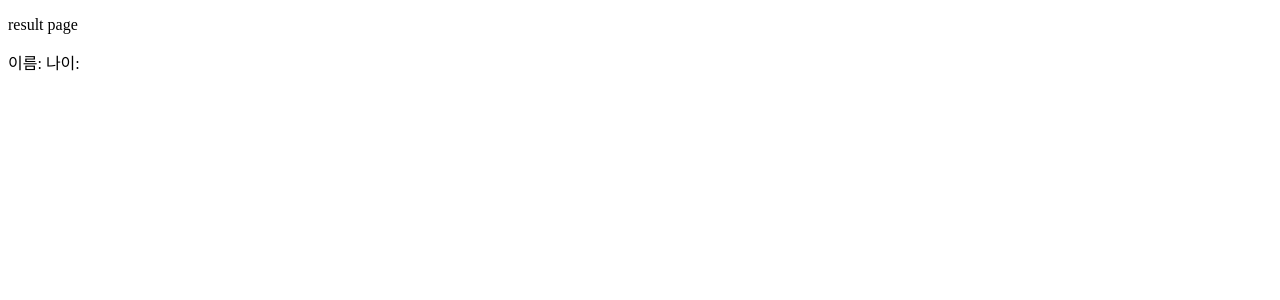
Repository: ghkden55/Green2
Page: http://localhost/test/result.jsp
An editor plug-in stored every save of this project. The page is shown before and after the next save, followed by the edit.
The browser window is 1280 px wide. The pictures show the whole page.
The page is served by Tomcat 9.

Above is the page before, as saved 2024-01-31 05:54:41.
Console error: SyntaxError: Unexpected identifier 'name'

After the next save:
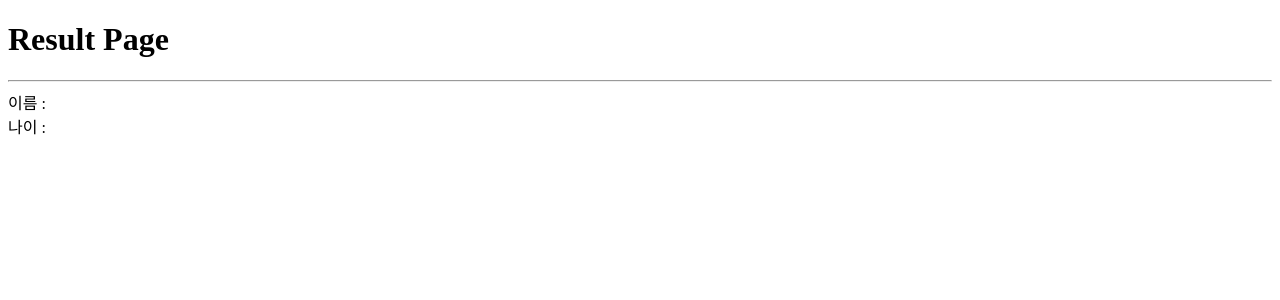
The error is gone.
Saved 4 min 35 s later.
--- a/ws_jsp/test/src/main/webapp/result.jsp
+++ b/ws_jsp/test/src/main/webapp/result.jsp
@@ -8,15 +8,11 @@
 </head>
 <body>
 
-<div>
-	<p>result page</p>
-</div>
+<h1>Result Page</h1>
+<hr>
 
-<span>이름: </span><span id="userName">   </span><span>나이: </span><span id="userAge">  </span>
-
-<script type="text/javascript">
-	val name = document.
-</script>
+이름 : ${param.userName } <br>
+나이 : ${param.userAge} <br>
 
 </body>
 </html>
